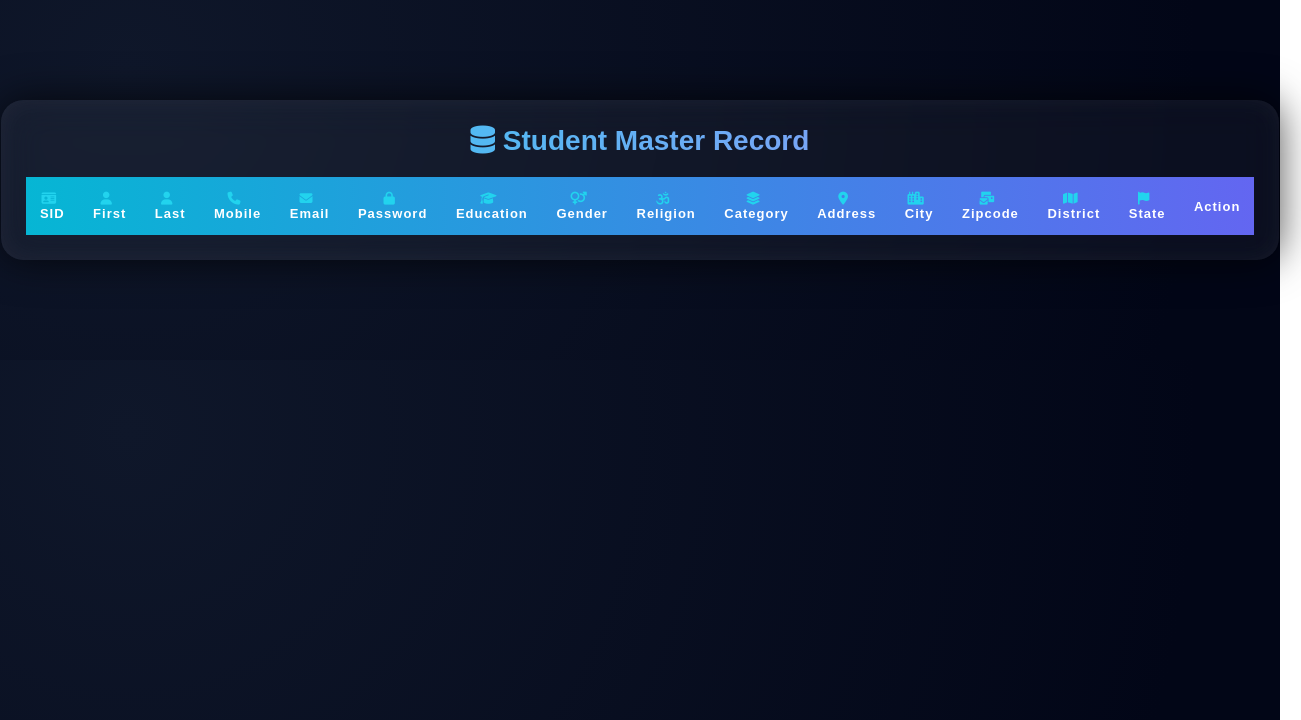
Repository: Pintu-6545/Java_Programming
Page: http://localhost/Students/view.jsp
The author's editor kept a copy of each file at every save. The page is drawn from the files as they stood at one save, then again after the next save.
The browser window is 1280 px wide. The page is 1280 px wide, then 1301 px, so the pictures cover 1301 px, including what lies to the right of the window. The pictures show the whole page.
The page is served by Tomcat 10. Queries for data that is not in the repository find no rows.

Above is the page before, as saved 2026-02-07 06:42:10.

After the next save:
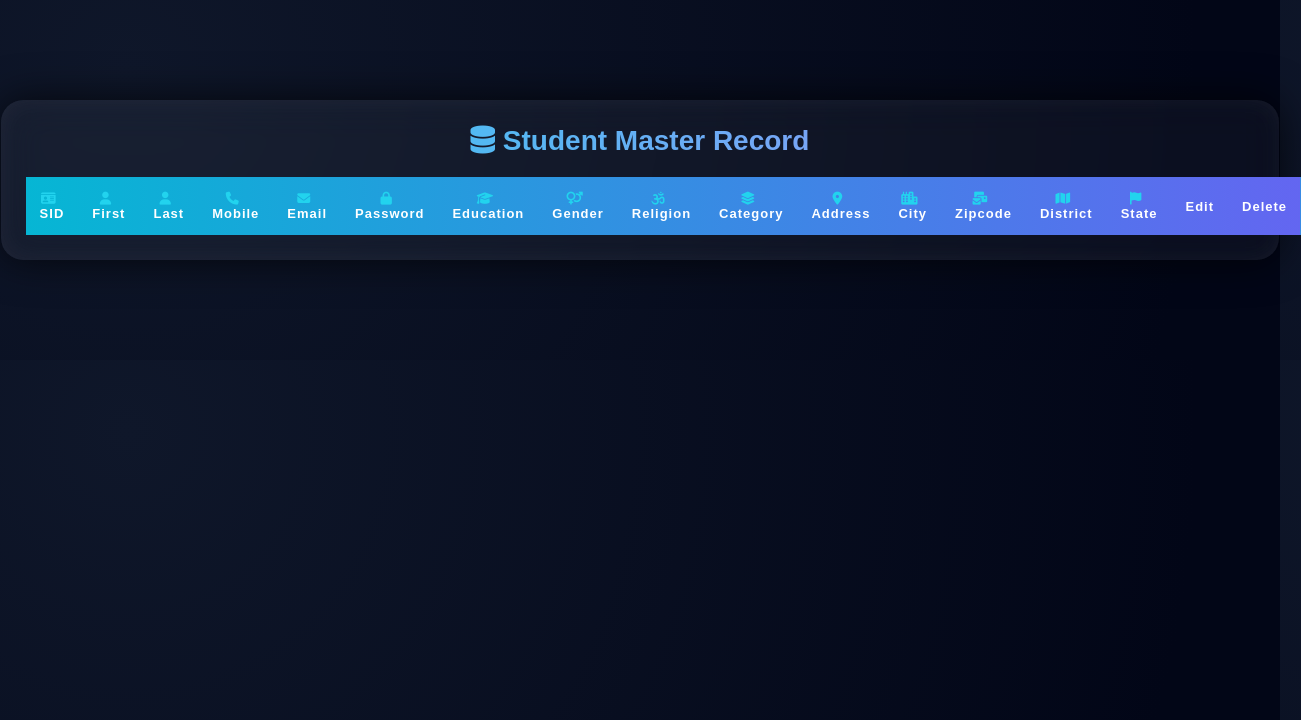
Saved 26 s later.
--- a/Assessement/Student Management/Students/src/main/webapp/view.jsp
+++ b/Assessement/Student Management/Students/src/main/webapp/view.jsp
@@ -42,7 +42,8 @@ Student Master Record
 <th><i class="fa fa-mail-bulk icon"></i>Zipcode</th>
 <th><i class="fa fa-map icon"></i>District</th>
 <th><i class="fa fa-flag icon"></i>State</th>
-<th>Action</th>
+<th>Edit</th>
+<th>Delete</th>
 </tr>
 </thead>
 
